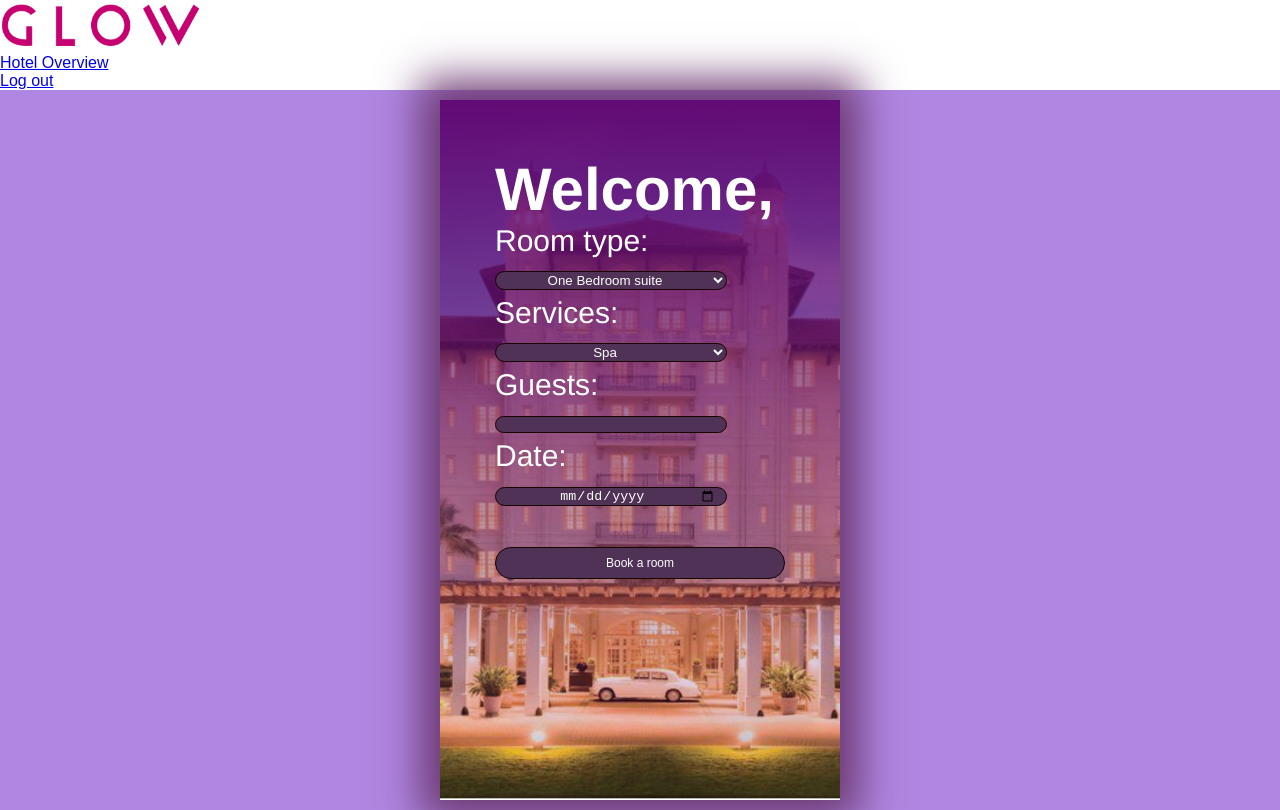
Repository: M-p1998/solo-dojo-project
Page: http://localhost/hotel/WEB-INF/hotel/room.jsp
The author's editor kept a copy of each file at every save. The page is drawn from the files as they stood at one save, then again after the next save.
The browser window is 1280 px wide. The pictures show the whole page.
The page is served by Tomcat 9. Nobody is signed in. Other server files are loaded and not shown. The template is opened directly, without the code that normally fills it, so the values that code supplies are empty.

Above is the page before, as saved 2022-02-14 18:44:08.

### hotel/src/main/webapp/WEB-INF/hotel/room.jsp
<%@ page language="java" contentType="text/html; charset=UTF-8"
    pageEncoding="UTF-8"%>
<%@ taglib prefix="c" uri="http://java.sun.com/jsp/jstl/core" %>
<%@ taglib prefix="form" uri="http://www.springframework.org/tags/form"%>
<!DOCTYPE html>
<html>
<head>
<meta charset="UTF-8">
<title>Book a room</title>
<link href="/css/room.css" rel="stylesheet" type="text/css">
</head>
<body>


		<header>
				<img class="logo" src="/image/hotelLogo.png"
					width="200" height="50">

					<nav>
					<ul class="nav_links">
						<li class="nav-item active "><a  href="/">Hotel Overview</a></li>
						<li class="nav-item active "><a  href="/logout">Log out</a></li>
					</ul>
					</nav>
			</header>

	<div class="container">
		<div class="card">
			<div class="box" id="card">
			<div class="card-front">
				<h1>Welcome, ${user.firstName}</h1>
				<form:form action="/create" method="post" modelAttribute="createARoom">
					<form:input type="hidden" value="${userId}" path="user"/>
					<p>
						<form:label path="room_type" class="title" >Room type:</form:label>
						<form:errors path="room_type" class="error"/>
						<form:select path="room_type" class="input-box" >

								<option class="title">One Bedroom suite</option>
								<option class="title">Presidential suite</option>
								<option class="title">Luxury suite</option>
								<option class="title">Signature suite</option>
								<option class="title">Master suite </option>
						</form:select>

					</p>
					<p>
						<form:label path="services" class="title">Services:</form:label>
						<form:errors path="services" class="error"/>
						<form:select path="services" class="input-box">

								<option >Spa</option>
								<option >Golf</option>
								<option >Meeting</option>
								<option >Wedding</option>
						</form:select>
					</p>
					<p>
						<form:label path="guests" class="title">Guests:</form:label>
						<form:errors path="guests" class="error"/>
						<form:input path="guests" type="number" min="0" max="5" class="input-box"/>
					</p>
					<p>
						<form:label path="date" class="title">Date:</form:label>
						<form:errors path="date" class="error"/>
						<form:input path="date" type="date" class="input-box" placeholder="Pick a date"/>
					</p>
					<input type="submit"  class="btn" value="Book a room"/>
				</form:form>
				</div>
			</div>
		</div>
	</div>
</body>
</html>

### hotel/src/main/webapp/css/room.css
@charset "UTF-8";

*{
	margin: 0;
	padding: 0;
}

body{
	font-family: sans-serif;
}

#nav-bar{
	position: sticky;
	top: 0;
	z-index: 10;

}

.navbar{
	background-image: linear-gradient(rgba(98, 10, 117),  rgba(0,0,255,0));
	padding: 0!important;
	background-color: orange;
}

.navbar-nav li{
	padding: 0 10px;
}

.navbar-nav li a{
	color: black;
	font-weight: 600;
	float: right;
	text-align: left;
}

#nav-bar ul li a:hover{
	color: orange !important;
}

.fa-bars{
	color: #fff;
	font-size: 30px !important;
}

.navbar-toggler{
	outline: none !important;
}

/* -----------room------------ */
.container{
	/* width:"100%";*/
	height: 100vh;
	width: 100%;
	max-width: 150rem;
	font-family:Helvetica;
	background: rgb(175, 134, 225);
	color: #fff;
	display:flex;
	align-items: center;
	justify-content: center;
}

.card{
	width:400px;
	height:700px;
	box-shadow: 0 0 40px 20px rgba(108 57 113);
	perspective: 1000px;
}

.box{
	position: relative;
	width: 100;
	height: 100%;
	transition: transform 1s;
	transform-style: preserve-3d;
}

.card-front{
	position: absolute;
	width: 100%;
	height: 100%;
	background-position: center;
	background-size: cover;
	background-image: linear-gradient(rgba(98, 10, 117), rgba(0,0,255,0)), url(/image/hotel.png);
	padding: 55px;
	box-sizing: border-box;
	backface-visibility: hidden;
	font-size: 30px;
}

.input-box{
	width: 80%;
	background: rgb(79, 50, 86);
	border: 1px solid #180503;
	margin: 6px 0;
	height: 32 px;
	border-radius: 100px;
	padding: 0 10px;
	box-sizing: border-box;
	outline: none;
	text-align: center;
	color: #fff;
}

.btn{
	width: 100%;
	background: rgb(79, 50, 86);
	border: 1px solid #180503;
	margin: 35px 0 10px;
	height: 32px;
	font-size: 12px;
	border-radius: 100px;
	padding: 0 10px;
	box-sizing: border-box;
	outline: none;
	color: #fff;
	cursor: pointer;
}

After the next save:
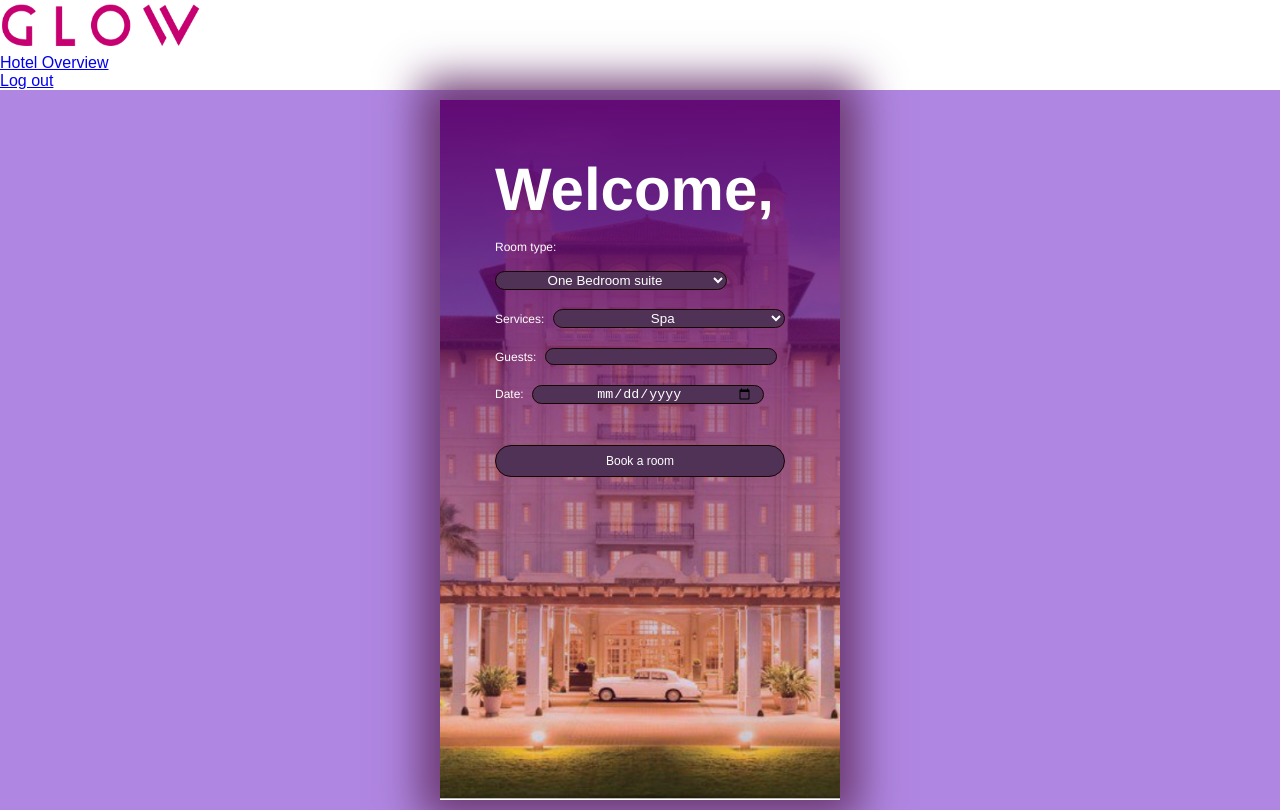
Saved 2 min 56 s later.
--- a/hotel/src/main/webapp/css/room.css
+++ b/hotel/src/main/webapp/css/room.css
@@ -116,3 +116,7 @@ body{
 	color: #fff;
 	cursor: pointer;
 }
+.title{
+	color: #fff;
+	font-size: 12px;
+}
